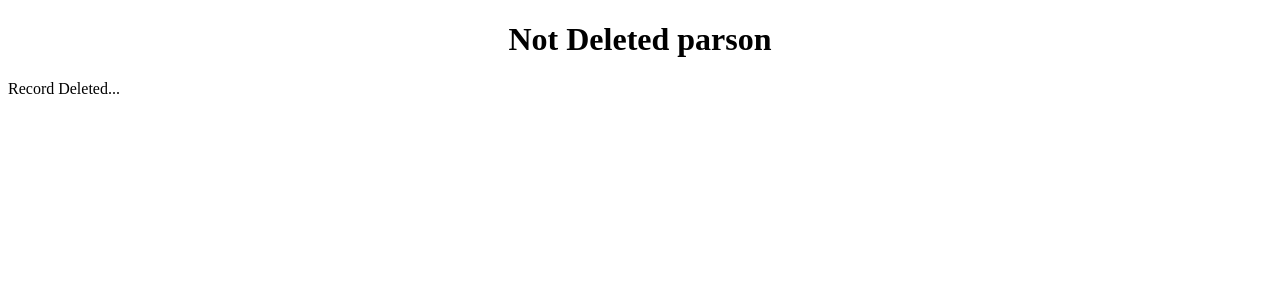
Repository: gajanansp07/Advance_Java_Practice
Page: http://localhost/JDBCCURD/delRec.jsp
These files come from the project's save history. The page is drawn as it stood at one moment and after the next save; the edit follows.
The browser window is 1280 px wide. The pictures show the whole page.
The page is served by Tomcat 9. Queries for data that is not in the repository find no rows.

Above is the page before, as saved 2022-03-17 15:12:28.

### JDBCCURD/src/main/webapp/delRec.jsp
<%@ page language="java" contentType="text/html; charset=ISO-8859-1"
    pageEncoding="ISO-8859-1"%>
    <%@ page import="java.sql.* "%>
<!DOCTYPE html>
<html>
<head>
<meta charset="ISO-8859-1">
<title>Insert title here</title>
</head>
<body>
	<%
	String name = request.getParameter("email");
	try{
	Class.forName("oracle.jdbc.driver.OracleDriver");
	//out.println("Loaded....");
	Connection con=DriverManager.getConnection("jdbc:oracle:thin:@localhost:1521:xe","admin","admin");
	//out.println("Connected....");
	PreparedStatement stmt = con.prepareStatement("delete from registration where Name=?");
	stmt.setString(1,name);

	int i = stmt.executeUpdate();

	if(i>0)
		out.println("<h1 align='center'>Deleted Sucessful....</h1>");
	else
		out.println("<h1 align='center'>Not Deleted parson</h1>");

	}catch(Exception e){
		out.println(e);
	}

	out.println("Record Deleted...");
	%>
</body>
</html>

After the next save:
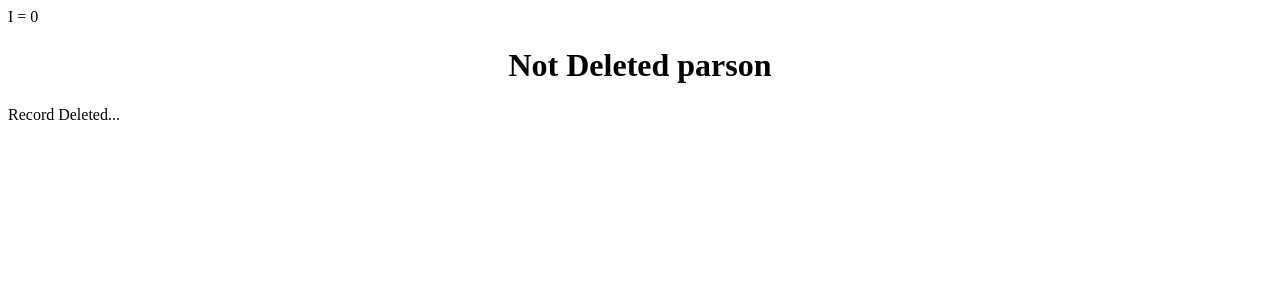
Saved 5 min 46 s later.
--- a/JDBCCURD/src/main/webapp/delRec.jsp
+++ b/JDBCCURD/src/main/webapp/delRec.jsp
@@ -16,12 +16,13 @@
 	Connection con=DriverManager.getConnection("jdbc:oracle:thin:@localhost:1521:xe","admin","admin");
 	//out.println("Connected....");
 	PreparedStatement stmt = con.prepareStatement("delete from registration where Name=?");
+
 	stmt.setString(1,name);
 
 	int i = stmt.executeUpdate();
-
+	out.println("I = "+i);
 	if(i>0)
-		out.println("<h1 align='center'>Deleted Sucessful....</h1>");
+		out.println("<h1 align='center'> Deleted Sucessful....</h1>");
 	else
 		out.println("<h1 align='center'>Not Deleted parson</h1>");
 
